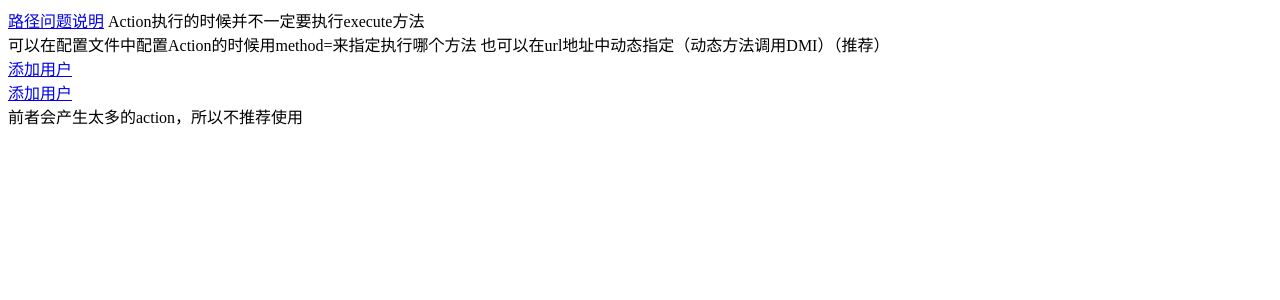
Repository: chellong/StrutsBasic
Page: http://localhost/Struts2.3Sx_1/
These files come from the project's save history. The page is drawn as it stood at one moment and after the next save; the edit follows.
The browser window is 1280 px wide. The pictures show the whole page.
The page is served by Tomcat 9. Nobody is signed in. The application's start-up code is not run. Other server files are loaded and not shown.

Above is the page before, as saved 2016-01-22 15:57:01.

### Struts2.3Sx_1/WebContent/index.jsp
<?xml version="1.0" encoding="GB18030" ?>
<%@ page language="java" contentType="text/html; charset=GB18030"
    pageEncoding="GB18030"%>

<%
String path = request.getContextPath();
String basePath = request.getScheme()+"://"+request.getServerName()+":"+request.getServerPort()+path+"/";
//在head中<base href>指定basePath
%>

<!DOCTYPE html PUBLIC "-//W3C//DTD XHTML 1.0 Transitional//EN" "http://www.w3.org/TR/xhtml1/DTD/xhtml1-transitional.dtd">
<html xmlns="http://www.w3.org/1999/xhtml">
<head>
<meta http-equiv="Content-Type" content="text/html; charset=GB18030" />
<title>Insert title here</title>
</head>
<body>
	<a href="path/path.action">路径问题说明</a>

	Action执行的时候并不一定要执行execute方法<br />
	可以在配置文件中配置Action的时候用method=来指定执行哪个方法
	也可以在url地址中动态指定（动态方法调用DMI）（推荐）<br />
	<a href="/user/userAdd">添加用户</a>
	<br />
	<a href="/user/user!add">添加用户</a>
	<br />
前者会产生太多的action，所以不推荐使用

</body>
</html>

After the next save:
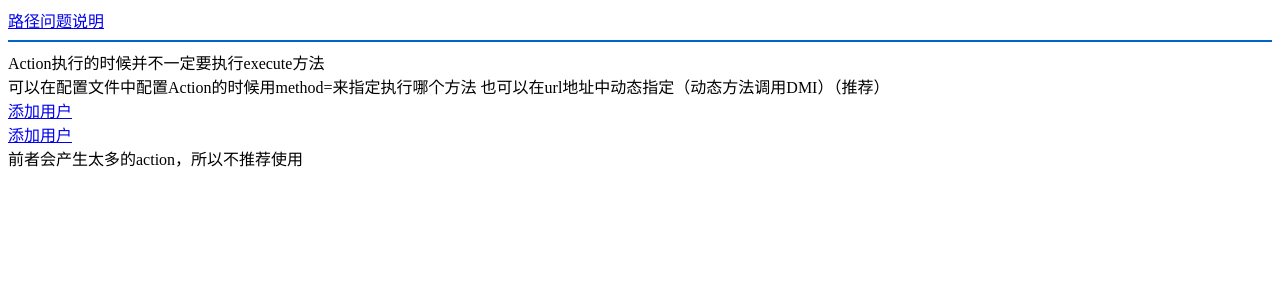
Saved 84 s later.
--- a/Struts2.3Sx_1/WebContent/index.jsp
+++ b/Struts2.3Sx_1/WebContent/index.jsp
@@ -16,7 +16,7 @@ String basePath = request.getScheme()+"://"+request.getServerName()+":"+request.
 </head>
 <body>
 	<a href="path/path.action">路径问题说明</a>
-
+	<hr noshade color="#0066cc">
 	Action执行的时候并不一定要执行execute方法<br />
 	可以在配置文件中配置Action的时候用method=来指定执行哪个方法
 	也可以在url地址中动态指定（动态方法调用DMI）（推荐）<br />
